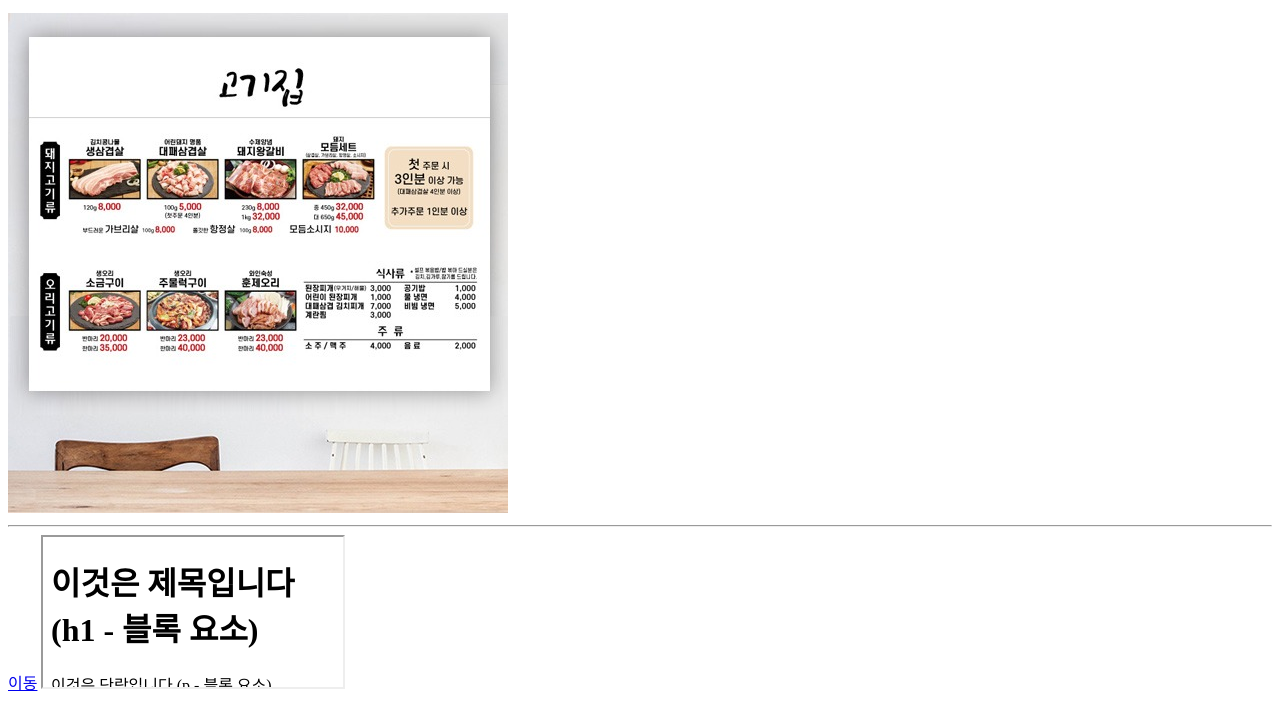
Repository: Junvelop/hkdevelope
Page: Downloads/back_end_edu20240624-master (1)/front_end_20240627/src/main/webapp/html03_이미지요소.html
The author's editor kept a copy of each file at every save. The page is drawn from the files as they stood at one save, then again after the next save.
The browser window is 1280 px wide. The pictures show the part of the page from y = 567 to 1519 px (the page is 1269 px tall before and 1519 px after).
A picture or video elsewhere on the page could not be fetched, so the positions and the page height are approximate.

Above is the page before, as saved 2024-08-12 05:19:15.

### Downloads/back_end_edu20240624-master (1)/front_end_20240627/src/main/webapp/html03_이미지요소.html
<!DOCTYPE html>
<html>
<head>
<meta charset="UTF-8">
<title>html03_이미지요소.html</title>
</head>
<body>
<h1>이미지 요소</h1>
<p>이미지요소는 이미지를 웹페이지에 표현할 때 사용한다.</p>
<p>사이즈 조절을 할 때 해상도를 고려해야 한다.</p>
<p>
<img alt="개사진" src="https://image.utoimage.com/preview/cp872722/2022/12/202212008462_500.jpg"/>
<a target = "_blank" href = "https://blog.kakaocdn.net/dn/GSWaD/btr0gB0teLR/1W4YO2IXCHoDVcpca9HHGK/img.jpg">
<img alt="강아지 사진입니다." src="img/gae.jpg"
	width = "100px" height = "100px"/> </a>

</p>


<hr/>
<h1>이미지 맵 사용하기</h1>
<img usemap = "#menu" src = 'img/menu.jpg' alt = "메뉴 사진임" />
<map name = "menu">

	<area alt = "삼겹살이예요."
			href = "https://namu.wiki/w/%EC%82%BC%EA%B2%B9%EC%82%B4"
			shape = "rect"
			coords = "60,124,133,234"
			target = "_blank"




			/>



	<area alt = "대패삼겹살이예요."
			href = "https://namu.wiki/w/%EC%82%BC%EA%B2%B9%EC%82%B4%20%EA%B5%AC%EC%9D%B4?from=%EB%8C%80%ED%8C%A8%EC%82%BC%EA%B2%B9%EC%82%B4#s-3.1"
			shape = "rect"
			coords = "138,117,212,206"
			target = "_blank"




			/>

</map>

<hr/>
<a target = "tt" href = "html01_구성요소.html"> 이동</a>
<iframe name ="tt" src = "html2_블럭요소와인라인요소.html"> </iframe>

</body>
</html>

### Downloads/back_end_edu20240624-master (1)/front_end_20240627/src/main/webapp/html2_블럭요소와인라인요소.html
<!DOCTYPE html>
<html lang="en">
<head>
    <meta charset="UTF-8">
    <meta name="viewport" content="width=device-width, initial-scale=1.0">
    <title>블록 요소 예시</title>
</head>
<body>

<div>
    <h1>이것은 제목입니다 (h1 - 블록 요소)</h1>
    <p>이것은 단락입니다 (p - 블록 요소)</p>
    <p>
     인라인 요소와 텍스트요소를 포함할 수 있는 <strong>블록요소</strong>이지만,<br/>
     또 다른 <em>블록요소</em>를 포함할 수는 없다.
	</p>

	<address>
        Example Company<br>
        1234 Street Name, Suite 100<br>
        City, State 56789<br>
        <a href="mailto:info@example.com">info@example.com</a><br>
        <a href="tel:+1234567890">+1 (234) 567-890</a>
    </address>

    <p> div로 한번 감쌌어요 </p>


     <h1>유명한 인용문</h1>

    <blockquote>
        "The only limit to our realization of tomorrow is our doubts of today."
        <br>— Franklin D. Roosevelt
    </blockquote>

    <p>위 인용문은 프랭클린 D. 루스벨트의 유명한 말입니다.</p>


    <p>원래 가격: <del>$29.99</del></p>
    <p>할인가격: $19.99</p>

</div>

    <div>
        <p>이 div 안에 있는 단락입니다. (div, p - 모두 블록 요소)</p>
    </div>



</body>
</html>

After the next save:
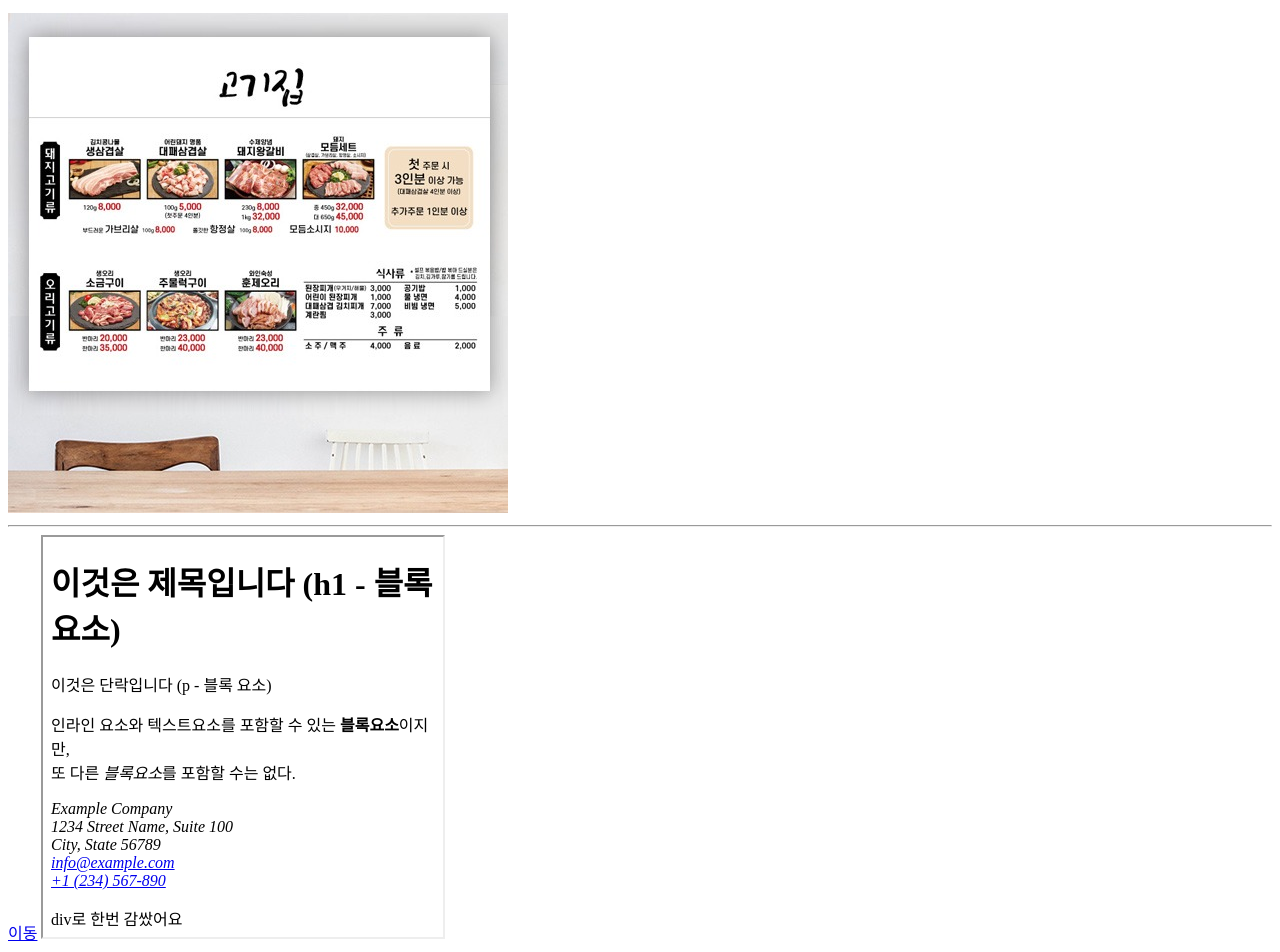
Saved 102 s later.
--- a/Downloads/back_end_edu20240624-master (1)/front_end_20240627/src/main/webapp/html03_이미지요소.html
+++ b/Downloads/back_end_edu20240624-master (1)/front_end_20240627/src/main/webapp/html03_이미지요소.html
@@ -50,7 +50,8 @@
 
 <hr/>
 <a target = "tt" href = "html01_구성요소.html"> 이동</a>
-<iframe name ="tt" src = "html2_블럭요소와인라인요소.html"> </iframe>
+<iframe name ="tt" src = "html2_블럭요소와인라인요소.html"
+	style = "width:400px; height : 400px;"> </iframe>
 
 </body>
 </html>
